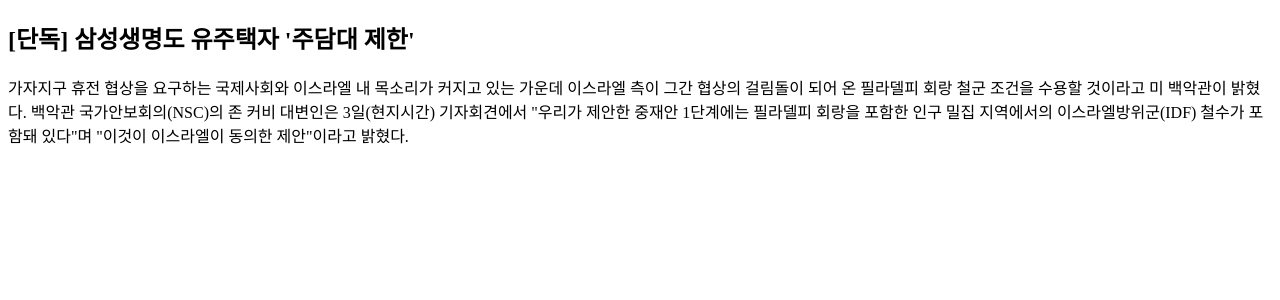
Repository: BaekDoHyeon/Kosta_04_FrontStudy
Page: http://localhost/web18_JQueryUI/tabpages/content4.jsp
These files come from the project's save history. The page is drawn as it stood at one moment and after the next save; the edit follows.
The browser window is 1280 px wide. The pictures show the whole page.
The page is served by Tomcat 9.

Above is the page before, as saved 2024-09-04 03:09:53.

After the next save:
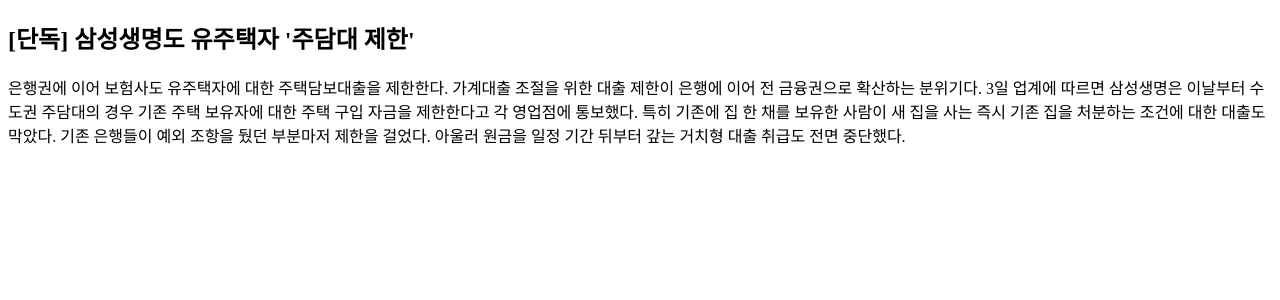
Saved 8 s later.
--- a/work05_BackEnd/web18_JQueryUI/src/main/webapp/tabpages/content4.jsp
+++ b/work05_BackEnd/web18_JQueryUI/src/main/webapp/tabpages/content4.jsp
@@ -10,8 +10,11 @@
 </head>
 <body>
 <h2>[단독] 삼성생명도 유주택자 '주담대 제한'</h2>
-<p>가자지구 휴전 협상을 요구하는 국제사회와 이스라엘 내 목소리가 커지고 있는 가운데 이스라엘 측이 그간 협상의 걸림돌이 되어 온 필라델피 회랑 철군 조건을 수용할 것이라고 미 백악관이 밝혔다.
+<p>
+은행권에 이어 보험사도 유주택자에 대한 주택담보대출을 제한한다. 가계대출 조절을 위한 대출 제한이 은행에 이어 전 금융권으로 확산하는 분위기다.
 
-백악관 국가안보회의(NSC)의 존 커비 대변인은 3일(현지시간) 기자회견에서 "우리가 제안한 중재안 1단계에는 필라델피 회랑을 포함한 인구 밀집 지역에서의 이스라엘방위군(IDF) 철수가 포함돼 있다"며 "이것이 이스라엘이 동의한 제안"이라고 밝혔다.</p>
+3일 업계에 따르면 삼성생명은 이날부터 수도권 주담대의 경우 기존 주택 보유자에 대한 주택 구입 자금을 제한한다고 각 영업점에 통보했다.
+
+특히 기존에 집 한 채를 보유한 사람이 새 집을 사는 즉시 기존 집을 처분하는 조건에 대한 대출도 막았다. 기존 은행들이 예외 조항을 뒀던 부분마저 제한을 걸었다. 아울러 원금을 일정 기간 뒤부터 갚는 거치형 대출 취급도 전면 중단했다.</p>
 </body>
 </html>
